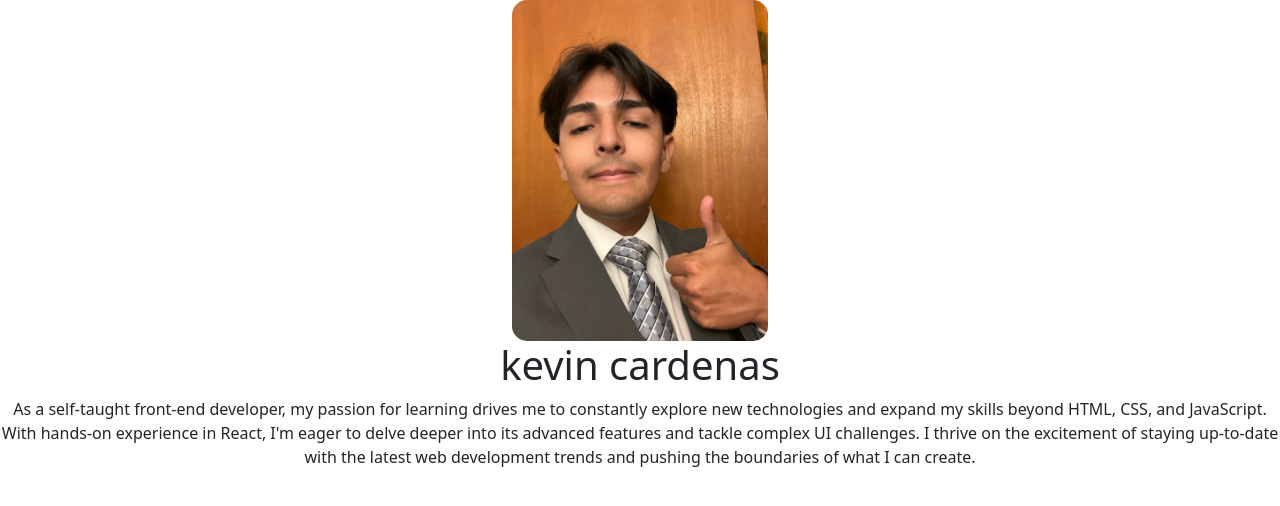
Repository: elqueben/elqueben.github.io
Page: public/index.html
The author's editor kept a copy of each file at every save. The page is drawn from the files as they stood at one save, then again after the next save.
The browser window is 1280 px wide. The pictures show the whole page.

Above is the page before, as saved 2023-06-20 11:44:44.

After the next save:
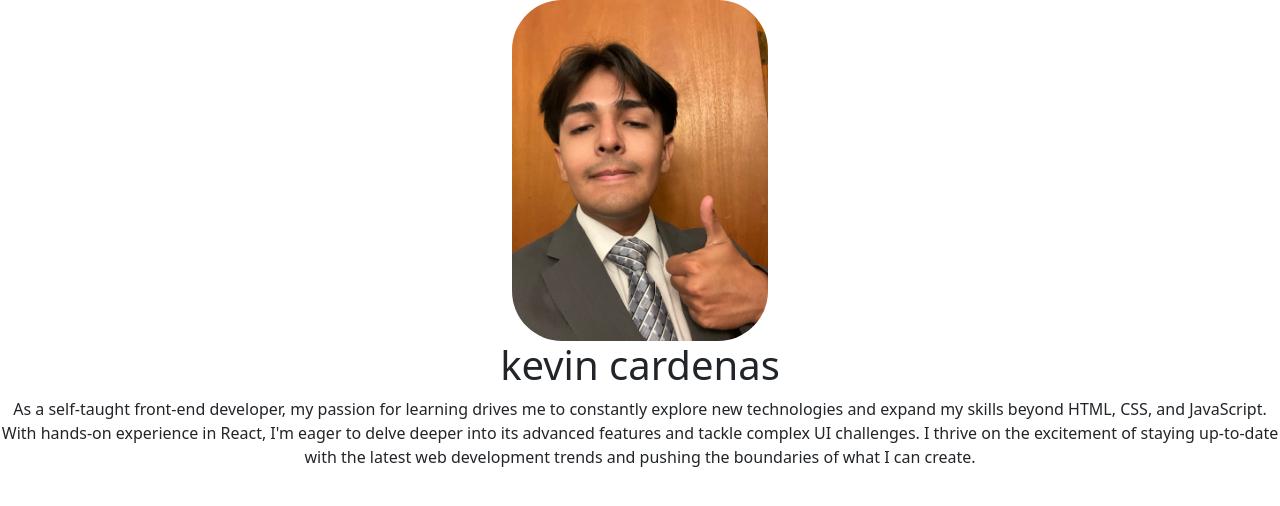
Saved 5 s later.
--- a/public/styles.css
+++ b/public/styles.css
@@ -2,5 +2,5 @@
     width: 20%;
     display: block;
     margin: 0 auto;
-    border-radius: 15px;
+    border-radius: 50px;
   }
